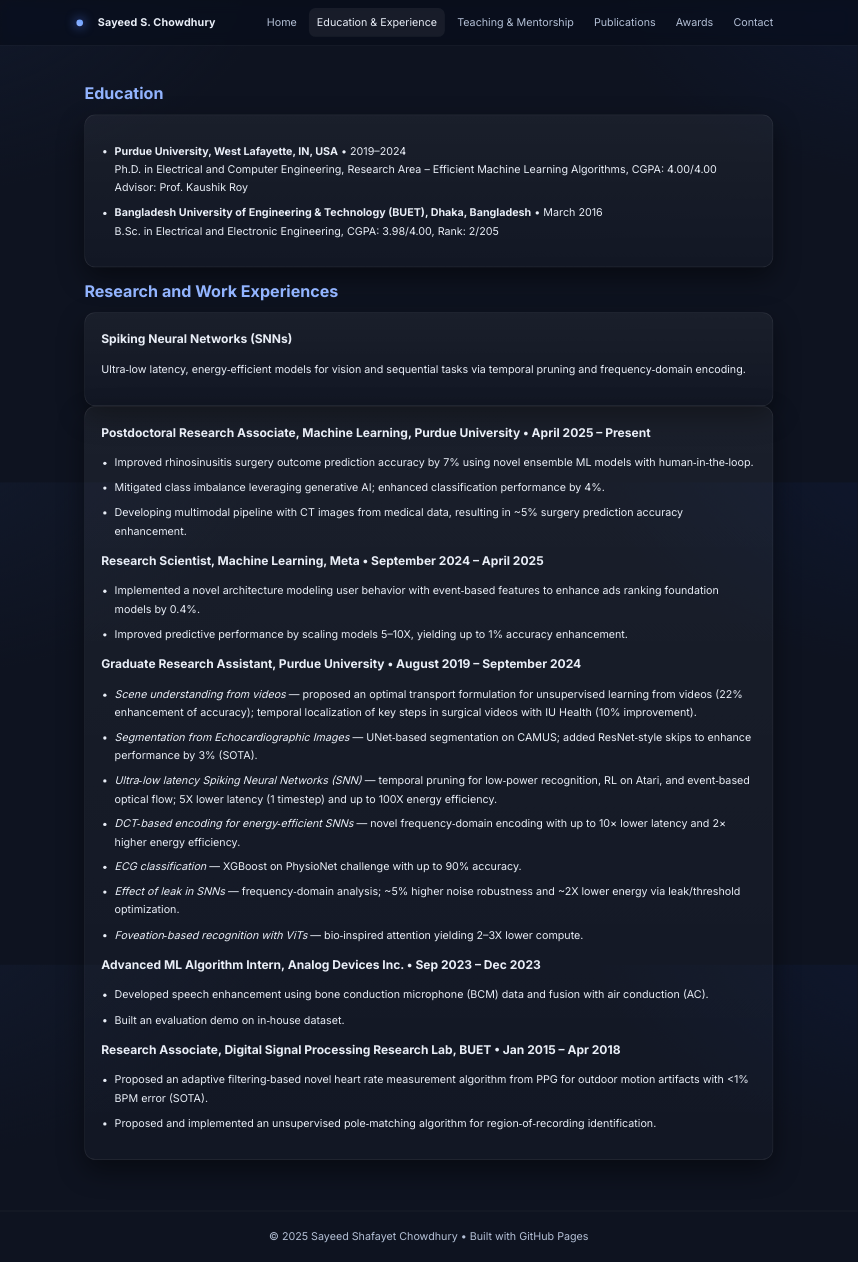
Repository: SayeedChowdhury/SayeedChowdhury.github.io
Page: edu-exp.html
The author's editor kept a copy of each file at every save. The page is drawn from the files as they stood at one save, then again after the next save.
The browser window is 1280 px wide. The pictures show the whole page, at 67% of full size.

Above is the page before, as saved 2025-08-11 11:16:06.

After the next save:
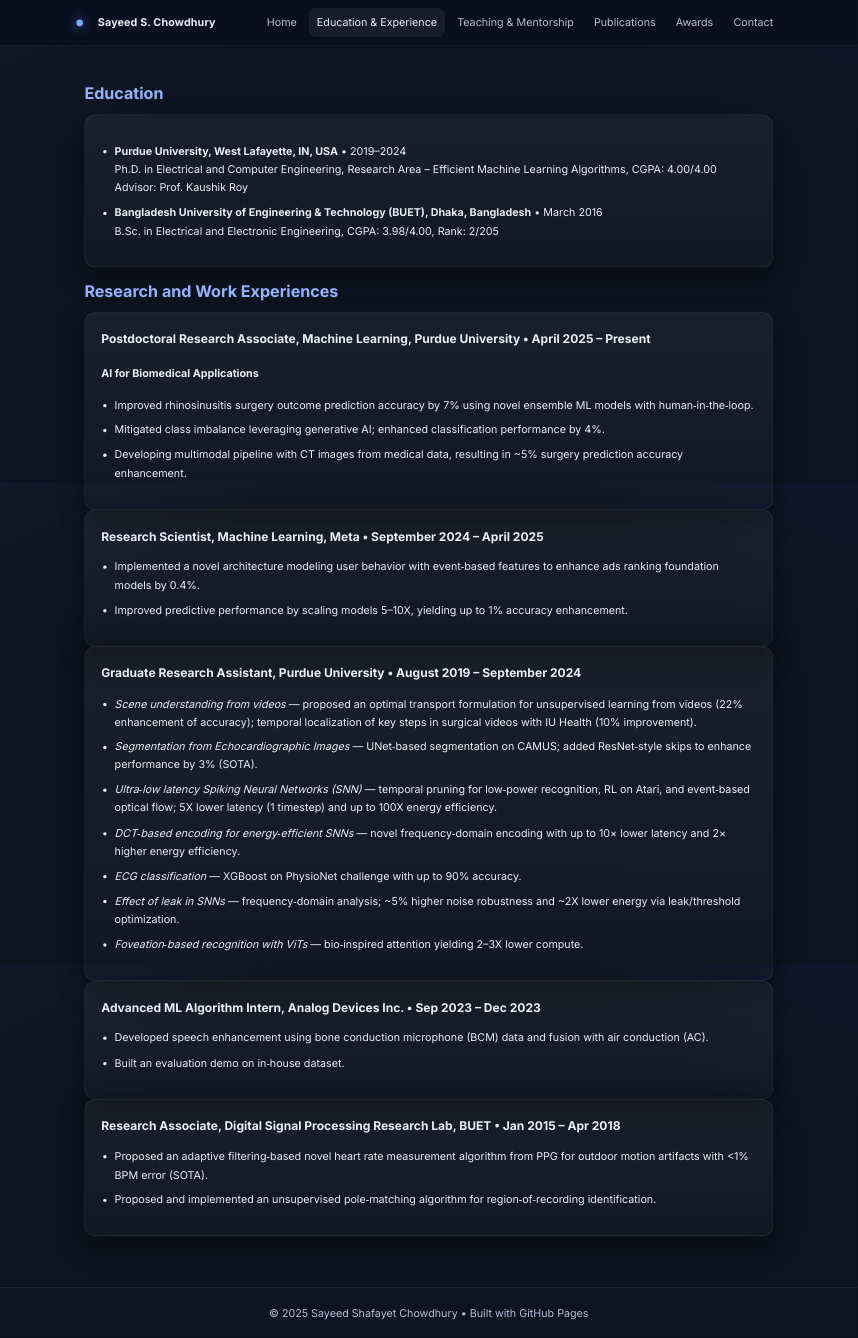
Saved 26 min 22 s later.
--- a/edu-exp.html
+++ b/edu-exp.html
@@ -44,23 +44,22 @@
   <!-- <div class="kicker">Research and Work Experiences</div> -->
   <h2>Research and Work Experiences</h2>
   <div class="card">
-    <h3>Spiking Neural Networks (SNNs)</h3>
-    <p>Ultra‑low latency, energy‑efficient models for vision and sequential tasks via temporal pruning and frequency‑domain encoding.</p>
-  </div>
-  <div class="card">
     <h3>Postdoctoral Research Associate, Machine Learning, Purdue University • April 2025 – Present</h3>
+    <h4>AI for Biomedical Applications</h4>
     <ul class="list">
       <li>Improved rhinosinusitis surgery outcome prediction accuracy by 7% using novel ensemble ML models with human‑in‑the‑loop.</li>
       <li>Mitigated class imbalance leveraging generative AI; enhanced classification performance by 4%.</li>
       <li>Developing multimodal pipeline with CT images from medical data, resulting in ~5% surgery prediction accuracy enhancement.</li>
     </ul>
-
+  </div>
+  <div class="card">
     <h3>Research Scientist, Machine Learning, Meta • September 2024 – April 2025</h3>
     <ul class="list">
       <li>Implemented a novel architecture modeling user behavior with event‑based features to enhance ads ranking foundation models by 0.4%.</li>
       <li>Improved predictive performance by scaling models 5–10X, yielding up to 1% accuracy enhancement.</li>
     </ul>
-
+  </div>
+  <div class="card">
     <h3>Graduate Research Assistant, Purdue University • August 2019 – September 2024</h3>
     <ul class="list">
       <li><em>Scene understanding from videos</em> — proposed an optimal transport formulation for unsupervised learning from videos (22% enhancement of accuracy); temporal localization of key steps in surgical videos with IU Health (10% improvement).</li>
@@ -71,13 +70,15 @@
       <li><em>Effect of leak in SNNs</em> — frequency‑domain analysis; ~5% higher noise robustness and ~2X lower energy via leak/threshold optimization.</li>
       <li><em>Foveation‑based recognition with ViTs</em> — bio‑inspired attention yielding 2–3X lower compute.</li>
     </ul>
-
+  </div>
+  <div class="card">
     <h3>Advanced ML Algorithm Intern, Analog Devices Inc. • Sep 2023 – Dec 2023</h3>
     <ul class="list">
       <li>Developed speech enhancement using bone conduction microphone (BCM) data and fusion with air conduction (AC).</li>
       <li>Built an evaluation demo on in‑house dataset.</li>
     </ul>
-
+  </div>
+  <div class="card">
     <h3>Research Associate, Digital Signal Processing Research Lab, BUET • Jan 2015 – Apr 2018</h3>
     <ul class="list">
       <li>Proposed an adaptive filtering‑based novel heart rate measurement algorithm from PPG for outdoor motion artifacts with &lt;1% BPM error (SOTA).</li>
